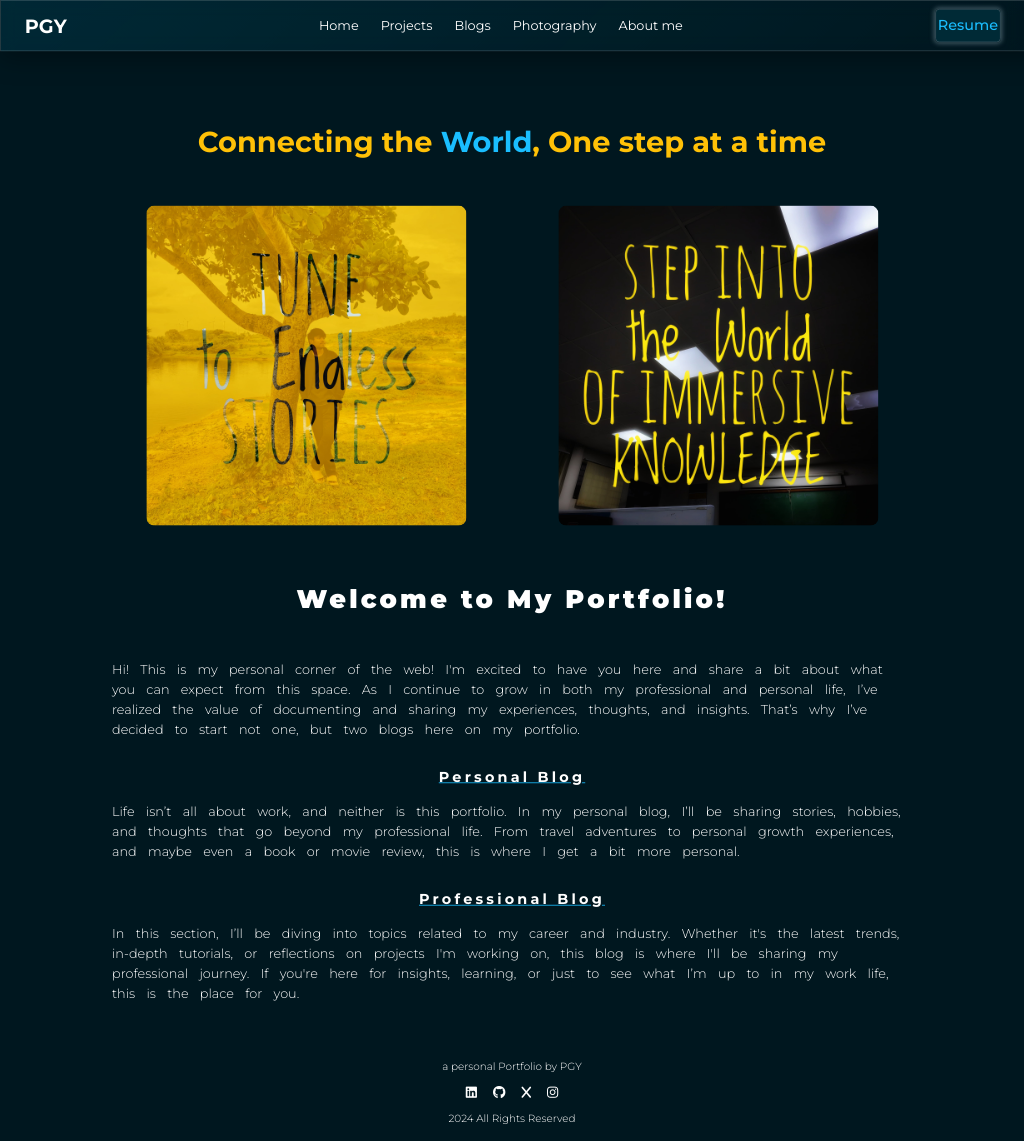
Repository: pgyunknown/pgyunknown
Page: blog.html
An editor plug-in stored every save of this project. The page is shown before and after the next save, followed by the edit.
The browser window is 1280 px wide. The pictures show the whole page, at 80% of full size.
Some web libraries are served in a nearby version.

Above is the page before, as saved 2024-08-16 16:29:48.

After the next save:
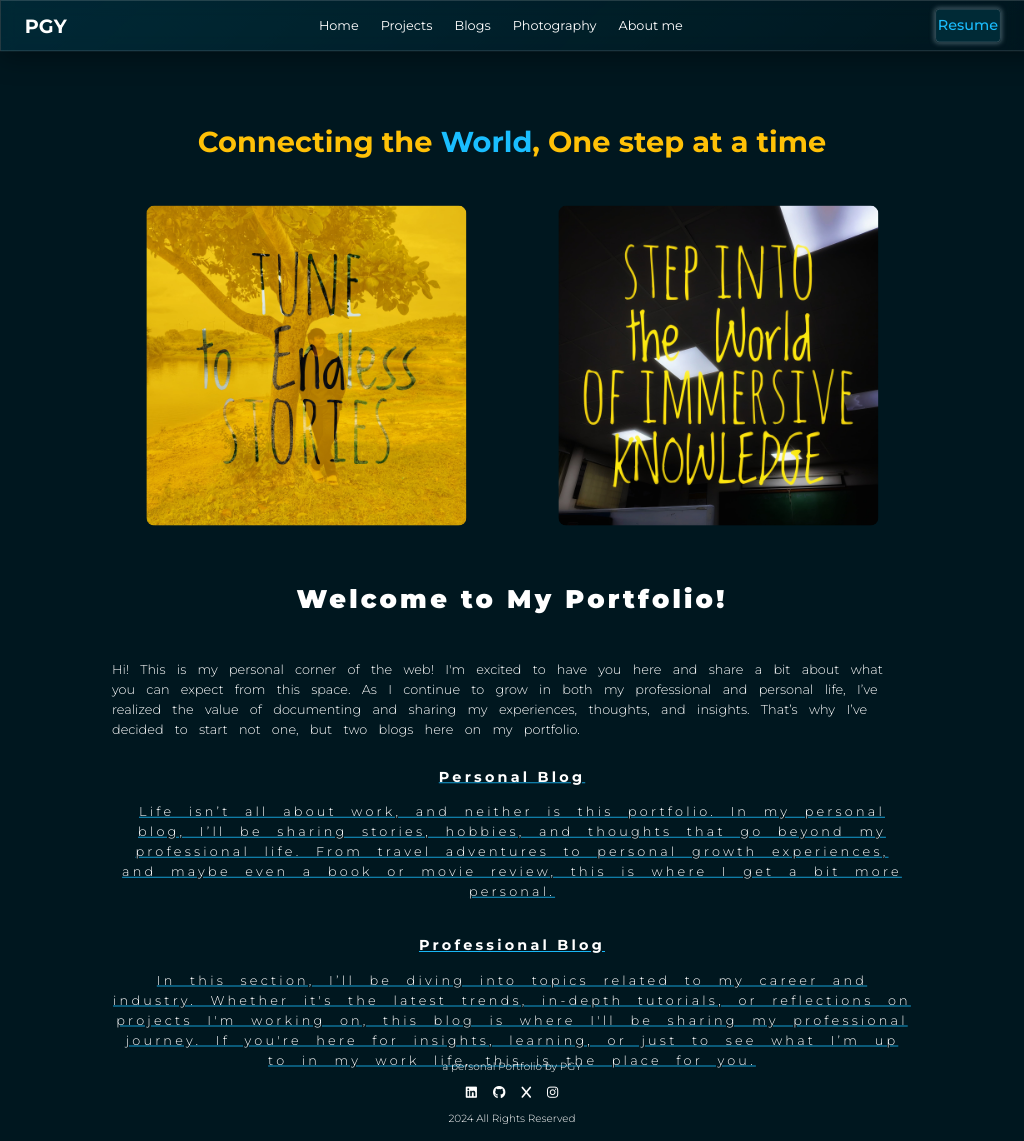
Saved 30 s later.
--- a/blog.html
+++ b/blog.html
@@ -40,7 +40,7 @@
 <p>Hi! This is my personal corner of the web! I'm excited to have you here and share a bit about what you can expect from this space. As I continue to grow in both my professional and personal life, I’ve realized the value of documenting and sharing my experiences, thoughts, and insights. That’s why I’ve decided to start not one, but two blogs here on my portfolio.</p><br><br>
 
 
-<h3><b><a href="personal_blog">Personal Blog</a></b> </h3>
+<h3><b><a href="personal_blog">Personal Blog</a></b</h3>
 <p>Life isn’t all about work, and neither is this portfolio. In my personal blog, I’ll be sharing stories, hobbies, and thoughts that go beyond my professional life. From travel adventures to personal growth experiences, and maybe even a book or movie review, this is where I get a bit more personal.</p><br><br>
 
 <h3><b><a href="professional_blog">Professional Blog</b></a></h3>

After the save that followed:
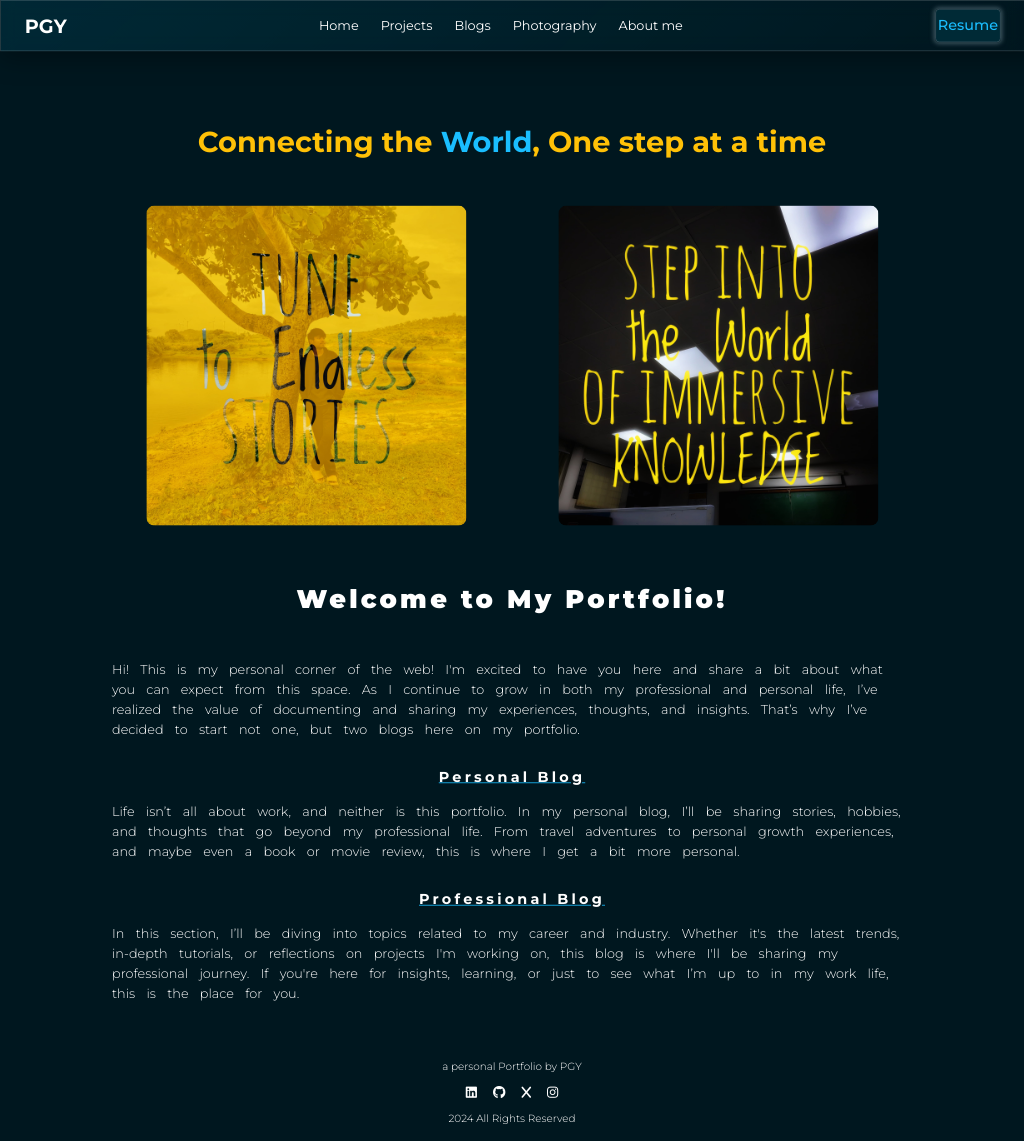
Saved 4 s later.
--- a/blog.html
+++ b/blog.html
@@ -40,7 +40,7 @@
 <p>Hi! This is my personal corner of the web! I'm excited to have you here and share a bit about what you can expect from this space. As I continue to grow in both my professional and personal life, I’ve realized the value of documenting and sharing my experiences, thoughts, and insights. That’s why I’ve decided to start not one, but two blogs here on my portfolio.</p><br><br>
 
 
-<h3><b><a href="personal_blog">Personal Blog</a></b</h3>
+<h3><b><a href="personal_blog">Personal Blog</a></b></h3>
 <p>Life isn’t all about work, and neither is this portfolio. In my personal blog, I’ll be sharing stories, hobbies, and thoughts that go beyond my professional life. From travel adventures to personal growth experiences, and maybe even a book or movie review, this is where I get a bit more personal.</p><br><br>
 
 <h3><b><a href="professional_blog">Professional Blog</b></a></h3>
